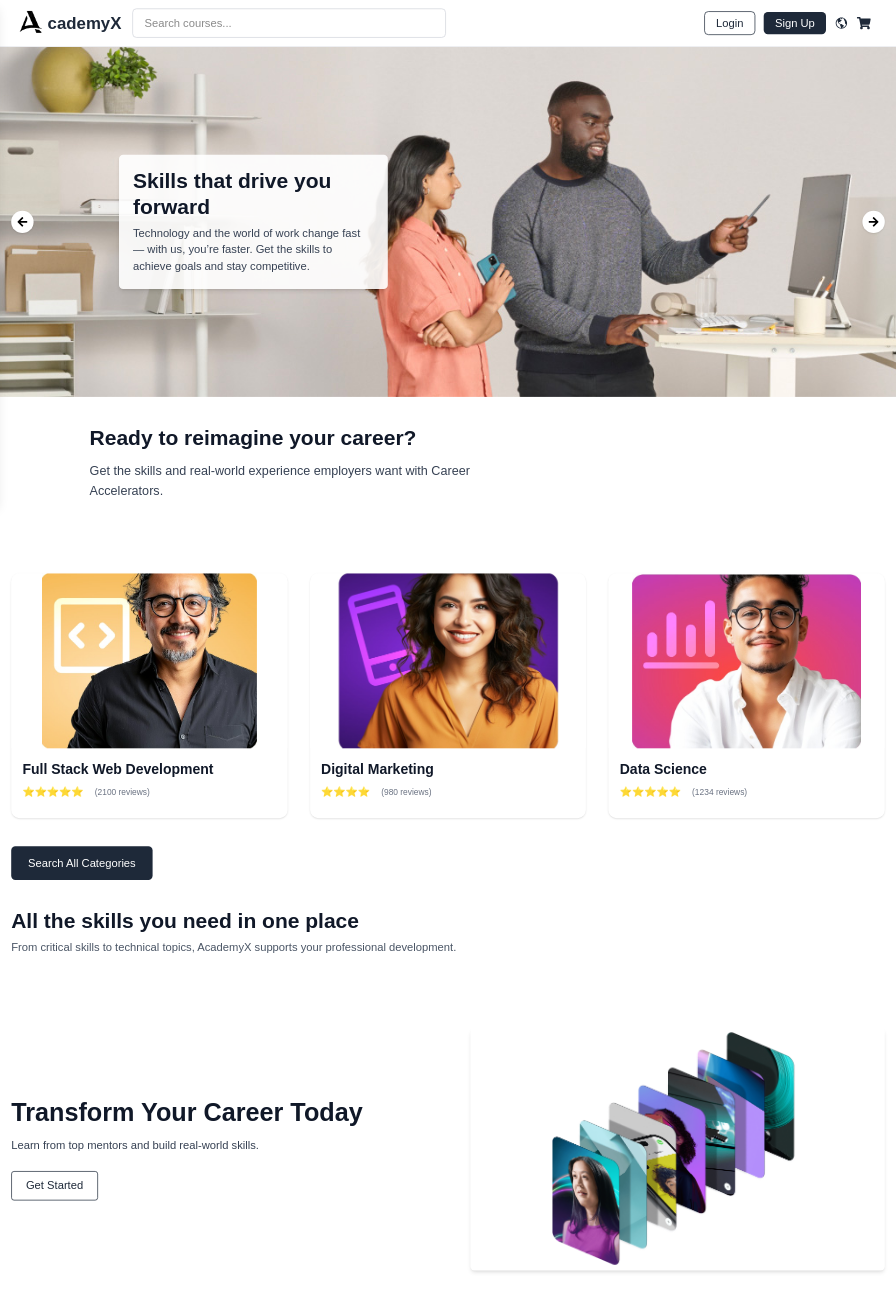
Repository: MohamedSalah54/full-stack-e-learning
Page: / (app in frontend/)
The author's editor kept a copy of each file at every save. The page is drawn from the files as they stood at one save, then again after the next save.
The browser window is 1280 px wide. The pictures show the whole page, at 70% of full size.
The project was rebuilt for these pictures with package versions that can differ from the ones it lists, and the page was loaded fresh each time. The framework's server and built-in components were replaced by stand-ins that run in the browser. Also part of the build but not shown: frontend/next.config.ts.

Above is the page before, as saved 2025-06-15 15:36:01.

After the next save:
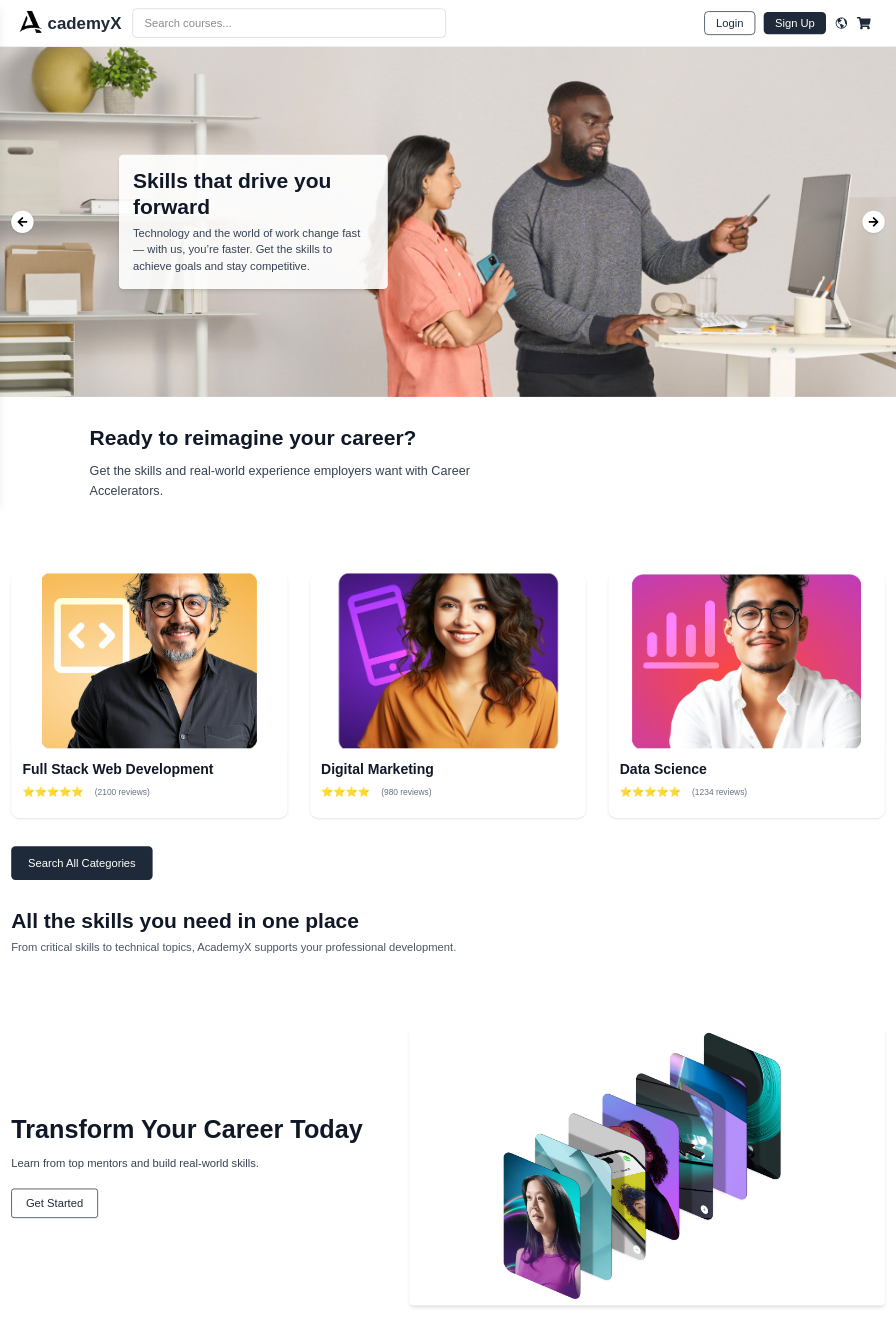
Saved 45 s later.
--- a/frontend/src/components/home/HeroBannerFixed.tsx
+++ b/frontend/src/components/home/HeroBannerFixed.tsx
@@ -21,7 +21,7 @@
         </div>
 
         {/* Image on the right */}
-        <div className="w-full md:w-[500px] lg:w-[600px]">
+        <div className="w-full md:w-[500px] lg:w-[800px]">
           <img
             src="/hero-fixed.png"
             alt="Hero"
